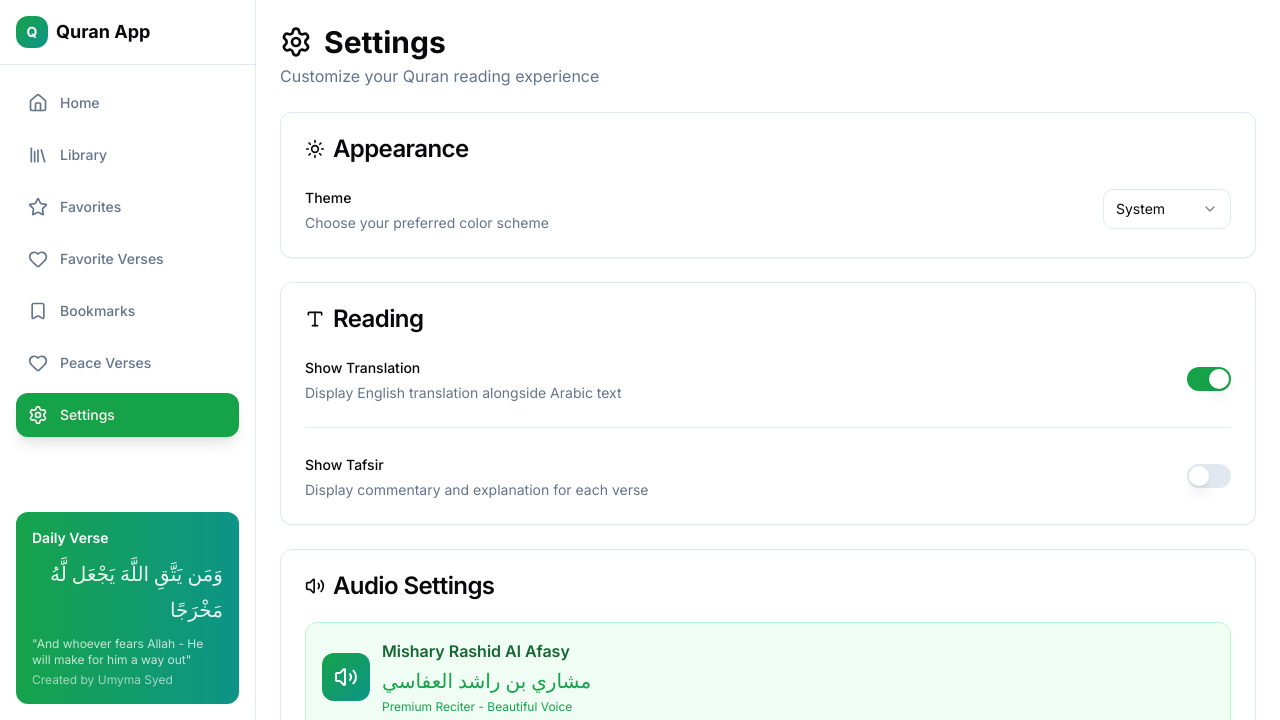
Repository: umymasyed/QuranApp
Page: /settings
An editor plug-in stored every save of this project. The page is shown before and after the next save, followed by the edit.
The browser window is 1280 px wide. The pictures show the whole page.
An inner scrolling area shows only its first screen. The project was rebuilt for these pictures with package versions that can differ from the ones it lists, and the page was loaded fresh each time. The framework's server and built-in components were replaced by stand-ins that run in the browser. Also part of the build but not shown: next.config.mjs, components/audio-player.tsx.

Above is the page before, as saved 2025-07-27 12:12:42.

After the next save:
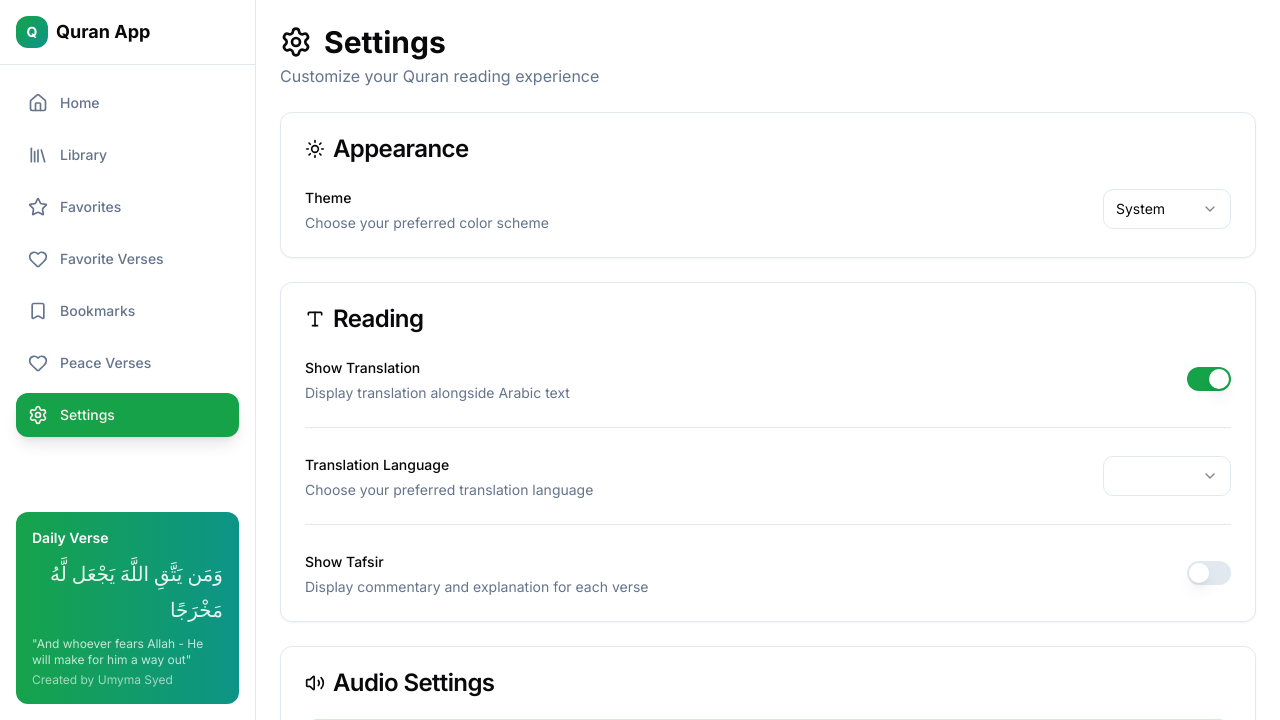
Saved 9 min 7 s later.
--- a/app/settings/page.tsx
+++ b/app/settings/page.tsx
@@ -1,7 +1,7 @@
 "use client"
 
 import { useState, useEffect } from "react"
-import { Settings, Sun, Type, Volume2, Trash2, Download, BookOpen } from "lucide-react"
+import { Settings, Sun, Type, Volume2, Trash2, Download, BookOpen, Languages } from "lucide-react"
 import { Button } from "@/components/ui/button"
 import { Card, CardContent, CardHeader, CardTitle } from "@/components/ui/card"
 import { Switch } from "@/components/ui/switch"
@@ -18,12 +18,12 @@ export default function SettingsPage() {
   const [preferences, setPreferences] = useState<UserPreferences>({
     theme: "light",
     showTranslation: true,
+    translationLanguage: "english",
     showTafsir: false,
     autoPlay: false,
     surahPageVerseAutoPlay: false,
     selectedReciter: 1,
     selectedVerseReciter: 1,
-    translationLanguage: "english_saheeh",
     verseAudioEnabled: true,
     defaultVolume: 70,
   })
@@ -46,12 +46,12 @@ export default function SettingsPage() {
       setPreferences({
         theme: "light",
         showTranslation: true,
+        translationLanguage: "english",
         showTafsir: false,
         autoPlay: false,
         surahPageVerseAutoPlay: false,
         selectedReciter: 1,
         selectedVerseReciter: 1,
-        translationLanguage: "english_saheeh",
         verseAudioEnabled: true,
         defaultVolume: 70,
       })
@@ -110,12 +110,43 @@ export default function SettingsPage() {
           <div className="flex items-center justify-between">
             <div className="space-y-1">
               <Label>Show Translation</Label>
-              <p className="text-sm text-muted-foreground">Display English translation alongside Arabic text</p>
+              <p className="text-sm text-muted-foreground">Display translation alongside Arabic text</p>
             </div>
             <Switch
               checked={preferences.showTranslation}
               onCheckedChange={(checked) => updatePreference("showTranslation", checked)}
             />
+          </div>
+
+          <Separator />
+
+          <div className="flex items-center justify-between">
+            <div className="space-y-1">
+              <Label>Translation Language</Label>
+              <p className="text-sm text-muted-foreground">Choose your preferred translation language</p>
+            </div>
+            <Select
+              value={preferences.translationLanguage}
+              onValueChange={(value) => updatePreference("translationLanguage", value)}
+            >
+              <SelectTrigger className="w-32">
+                <SelectValue />
+              </SelectTrigger>
+              <SelectContent>
+                <SelectItem value="english">
+                  <div className="flex items-center">
+                    <Languages className="h-4 w-4 mr-2" />
+                    English
+                  </div>
+                </SelectItem>
+                <SelectItem value="urdu">
+                  <div className="flex items-center">
+                    <Languages className="h-4 w-4 mr-2" />
+                    اردو
+                  </div>
+                </SelectItem>
+              </SelectContent>
+            </Select>
           </div>
 
           <Separator />
@@ -256,13 +287,13 @@ export default function SettingsPage() {
             <h3 className="font-semibold">Complete Quran App</h3>
             <p className="text-sm text-muted-foreground">
               A comprehensive Quran reading and listening experience with all 114 chapters, beautiful recitation by
-              Mishary Rashid Al Afasy, translations, and Tafsir.
+              Mishary Rashid Al Afasy, translations in English and Urdu, and Tafsir.
             </p>
           </div>
           <Separator />
           <div className="text-xs text-muted-foreground space-y-1">
             <p>Version 2.0.0 - Complete Edition</p>
-            <p>All 114 Surahs • Mishary Al Afasy Recitation • Tafsir Support</p>
+            <p>All 114 Surahs • Mishary Al Afasy Recitation • English & Urdu Translations • Tafsir Support</p>
             <p>Built with Next.js and Tailwind CSS</p>
             <p>Audio by Mishary Rashid Al Afasy (مشاري بن راشد العفاسي)</p>
             <p>Created by Umyma Syed</p>
